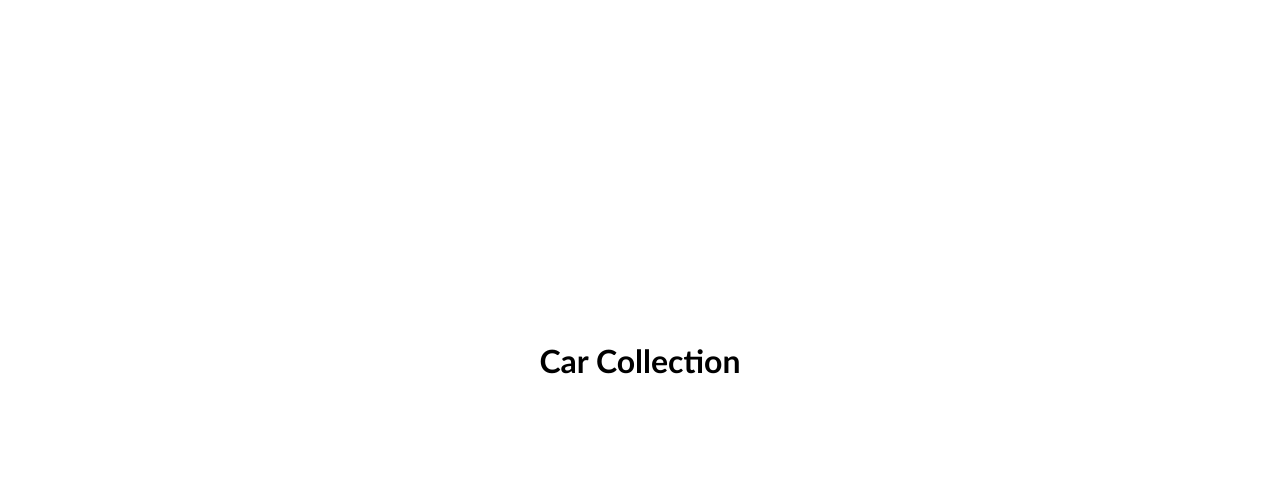
Repository: PrashantPanjwani/JSProjects
Page: P-Project2/index.html
The author's editor kept a copy of each file at every save. The page is drawn from the files as they stood at one save, then again after the next save.
The browser window is 1280 px wide. The pictures show the whole page.

Above is the page before, as saved 2024-06-03 20:23:07.
Console error: TypeError: info.innerHTML.join is not a function

After the next save:
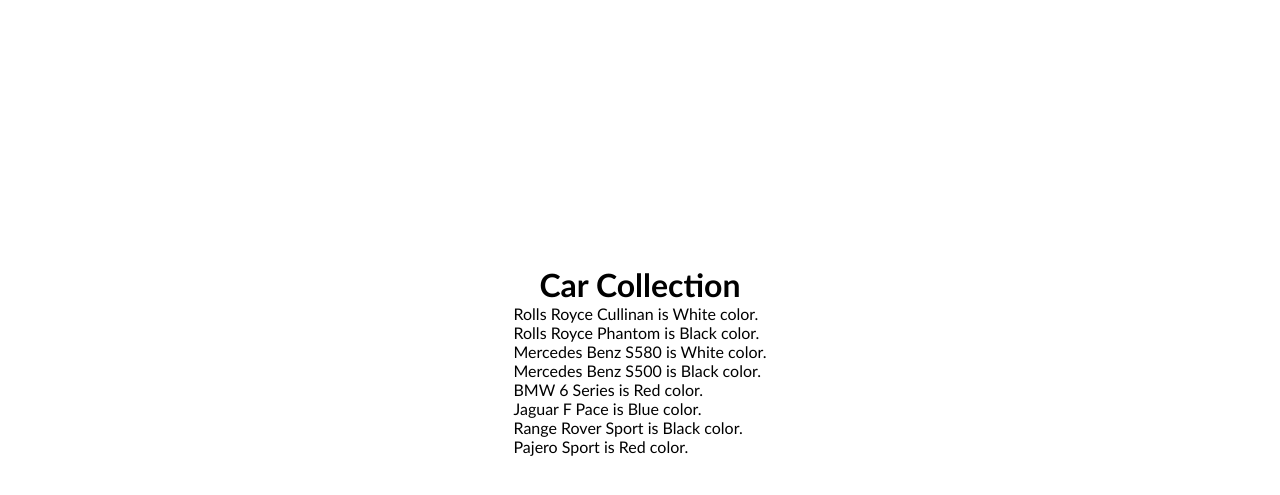
The error is gone.
Saved 61 s later.
--- a/P-Project2/app.js
+++ b/P-Project2/app.js
@@ -40,4 +40,4 @@
     return '<div>' + item.name + ' is ' + item.color + ' color.' + '</div>';
 
 });
-info.innerHTML.join('\n');
+info.innerHTML = details.join('\n');
